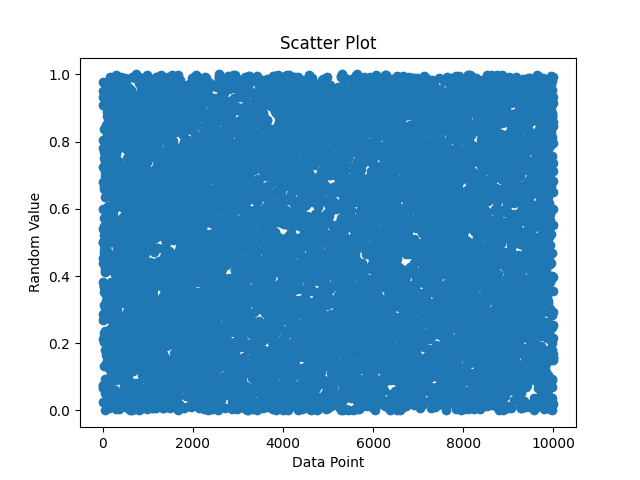
Repository: leoh1223/HW_Python
Script's output: python HW.py
The author's editor kept a copy of each file at every save. The script's output is drawn from the files as they stood at one save, then again after the next save.
Random numbers start from a fixed seed.

Above is the script's output before, as saved 2024-01-08 15:06:44.

### HW.py

import numpy as np
import matplotlib.pyplot as plt
#import tkinter as tk
plt.close()
# Generate 100 random numbers between 0 and 1
random_data = np.random.rand(10000)

# Plot the random data
plt.scatter(range(len(random_data)), random_data)
plt.title("Scatter Plot")
plt.xlabel("Data Point")
plt.ylabel("Random Value")
plt.show()

After the next save:
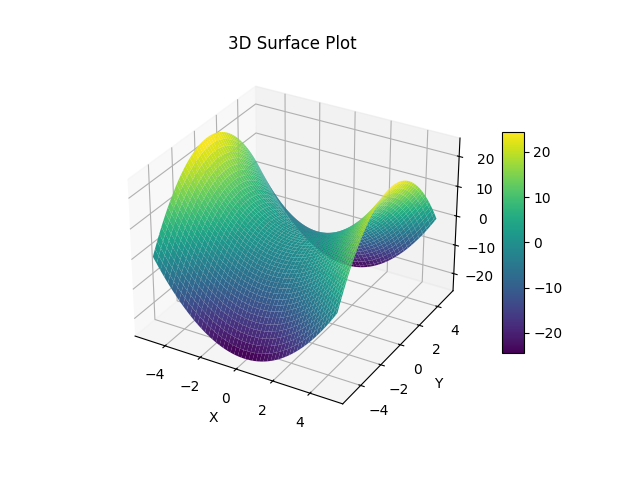
Saved 6 min 37 s later.
--- a/HW.py
+++ b/HW.py
@@ -1,14 +1,32 @@
-
 import numpy as np
 import matplotlib.pyplot as plt
-#import tkinter as tk
-plt.close()
-# Generate 100 random numbers between 0 and 1
-random_data = np.random.rand(10000)
+from mpl_toolkits.mplot3d import Axes3D
 
-# Plot the random data
-plt.scatter(range(len(random_data)), random_data)
-plt.title("Scatter Plot")
-plt.xlabel("Data Point")
-plt.ylabel("Random Value")
+# Create a meshgrid of x and y values
+x = np.linspace(-5, 5, 100)
+y = np.linspace(-5, 5, 100)
+x, y = np.meshgrid(x, y)
+
+# Define a function to generate z values (example: a saddle shape)
+z = x**2 - y**2
+
+# Create a 3D plot
+fig = plt.figure()
+ax = fig.add_subplot(111, projection='3d')
+
+# Plot the surface
+surface = ax.plot_surface(x, y, z, cmap='viridis')
+
+# Add a colorbar
+fig.colorbar(surface, ax=ax, shrink=0.6, aspect=10)
+
+# Set labels
+ax.set_xlabel('X')
+ax.set_ylabel('Y')
+ax.set_zlabel('Z')
+
+# Set the title
+ax.set_title('3D Surface Plot')
+
+# Show the plot
 plt.show()
